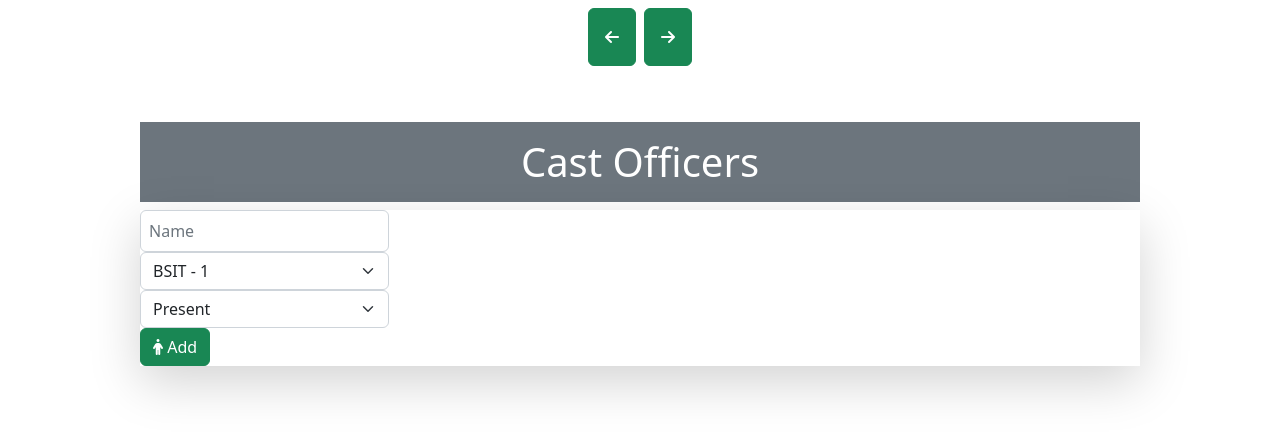
Repository: FRANZSAIJEM/livewire
Page: /second
These files come from the project's save history. The page is drawn as it stood at one moment and after a run of saves; the edit follows.
The browser window is 1280 px wide. The pictures show the whole page.
The page's requests for data from a server got no answer. Some web libraries are served in a nearby version. The project was rebuilt for these pictures with package versions that can differ from the ones it lists, and the page was loaded fresh each time. No one was signed in, and anything a server would have sent is missing. Also part of the build but not shown: vite.config.ts.

Above is the page before, as saved 2023-02-18 08:01:10.

After the next 2 saves:
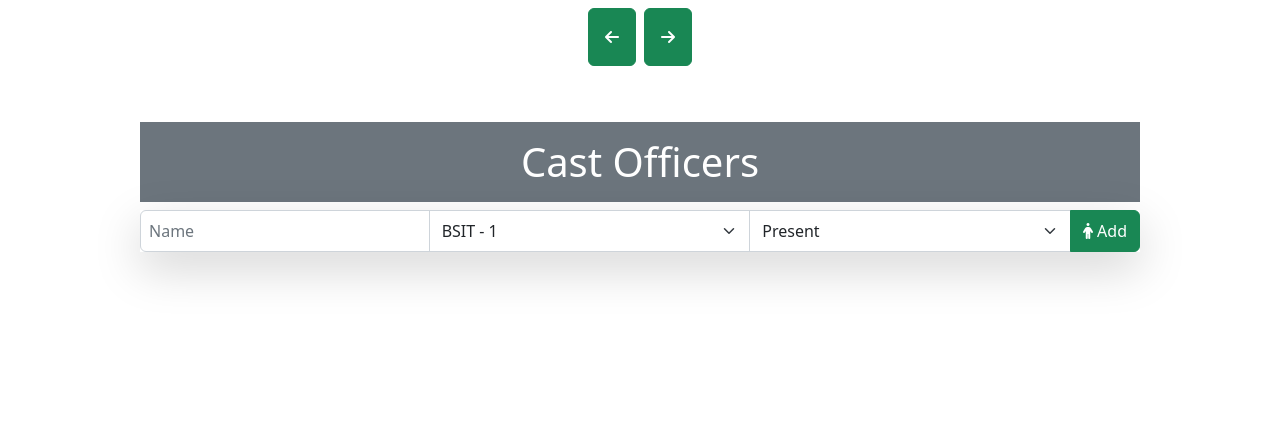
The 2 saves are shown as one change because they came seconds apart.
The last was saved 26 s later.
--- a/src/views/SecondPageView.vue
+++ b/src/views/SecondPageView.vue
@@ -12,8 +12,9 @@
 
 
         <h1 class="bg-secondary p-3 text-center text-white">Cast Officers</h1>
-        <div class="input-group mb-5 shadow-lg">
+
           <form action="">
+            <div class="input-group mb-5 shadow-lg">
             <input v-model="newNameInput" type="text" name="" id="" class="form-control p-2" placeholder="Name" required>
 
               <select v-model="newYearInput" name="" id="" class="form-select" required>
@@ -31,10 +32,10 @@
               </select>
 
               <button @click="addAttendance()" class="btn btn-success"><i class="fa fa-person"></i> Add</button>
-
+            </div>
           </form>
 
-      </div>
+
 
       <div v-for="attendance in attendances" :key="attendance.attendances" class="text-center">
         <div class="card-body">
